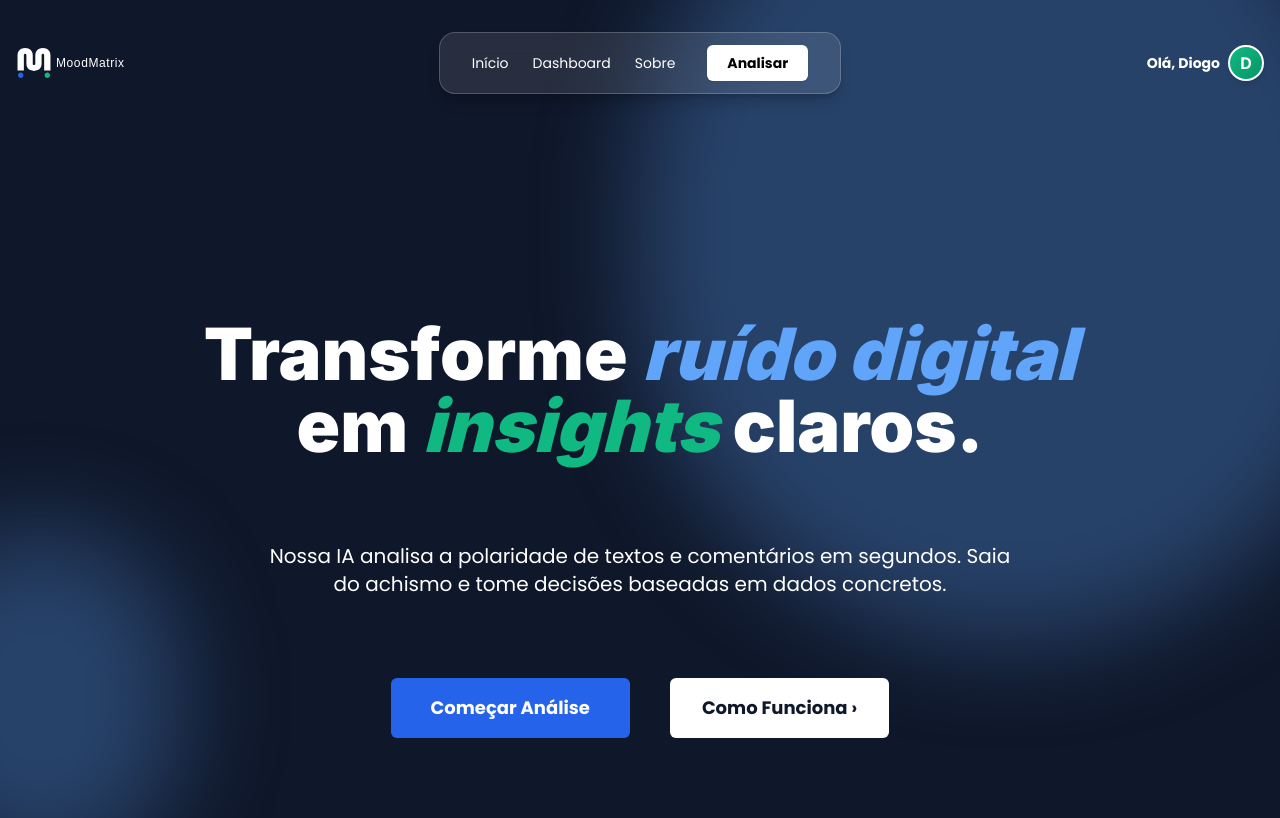
Repository: Hackaton-ONE/hackathon-Frontend
Page: /
These files come from the project's save history. The page is drawn as it stood at one moment and after a run of saves; the edit follows.
The browser window is 1280 px wide. The pictures show the whole page.
An inner scrolling area shows only its first screen. Some web fonts or font styles are not loaded; a fallback is used. The project was rebuilt for these pictures with package versions that can differ from the ones it lists, and the page was loaded fresh each time. The framework's server and built-in components were replaced by stand-ins that run in the browser. Also part of the build but not shown: next.config.ts.

Above is the page before, as saved 2026-01-02 11:29:42.

After the next 2 saves:
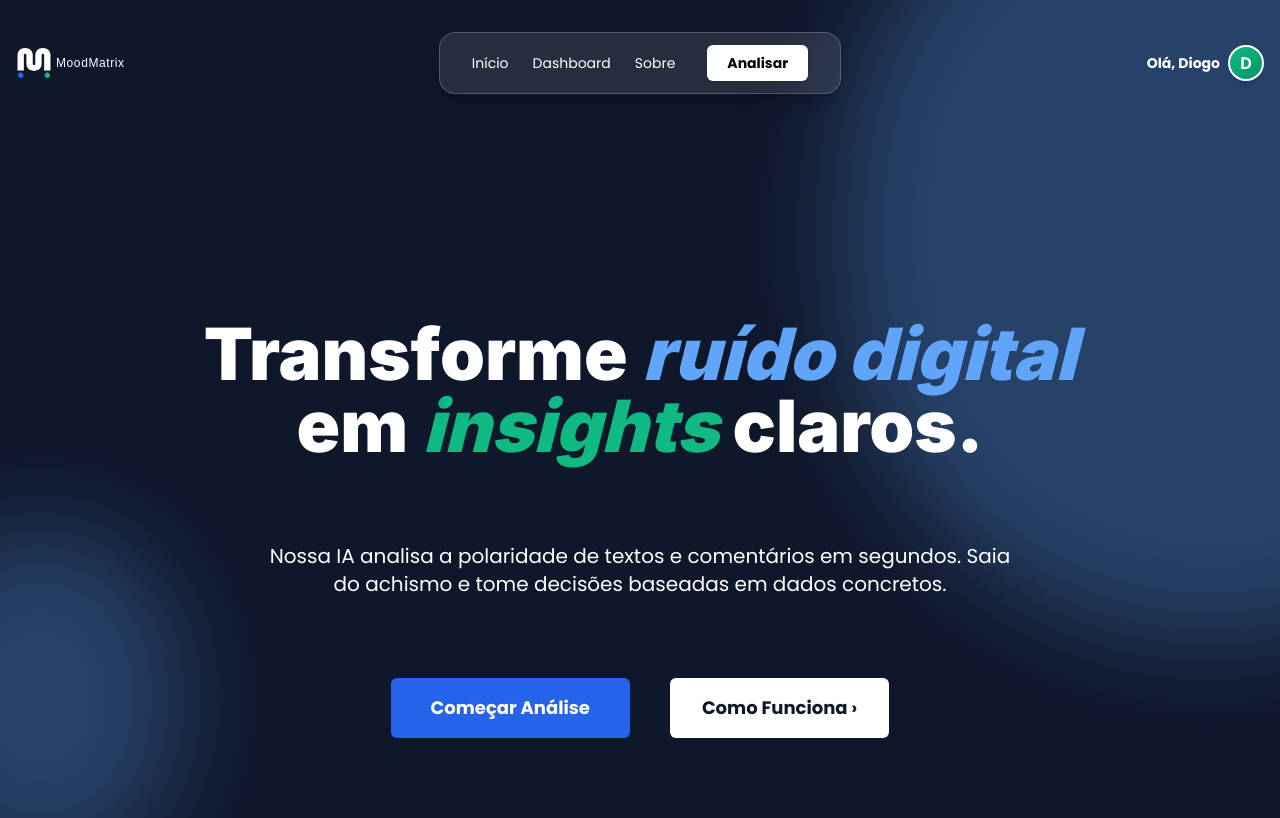
The 2 saves are shown as one change because they came seconds apart.
The last was saved 12 s later.
--- a/components/HeroSection.tsx
+++ b/components/HeroSection.tsx
@@ -19,7 +19,7 @@
         className="
           absolute
           top-[-300px]
-          right-[-100px] xl:right-[-100px] 2xl:right-[-300px] /* Ajuste fino para telas diferentes */
+          right-[-100px] xl:right-[-300px] /* Ajuste fino para telas diferentes */
           w-[743px]
           h-[817px]
           bg-blue-light/30

After the 3 saves that followed:
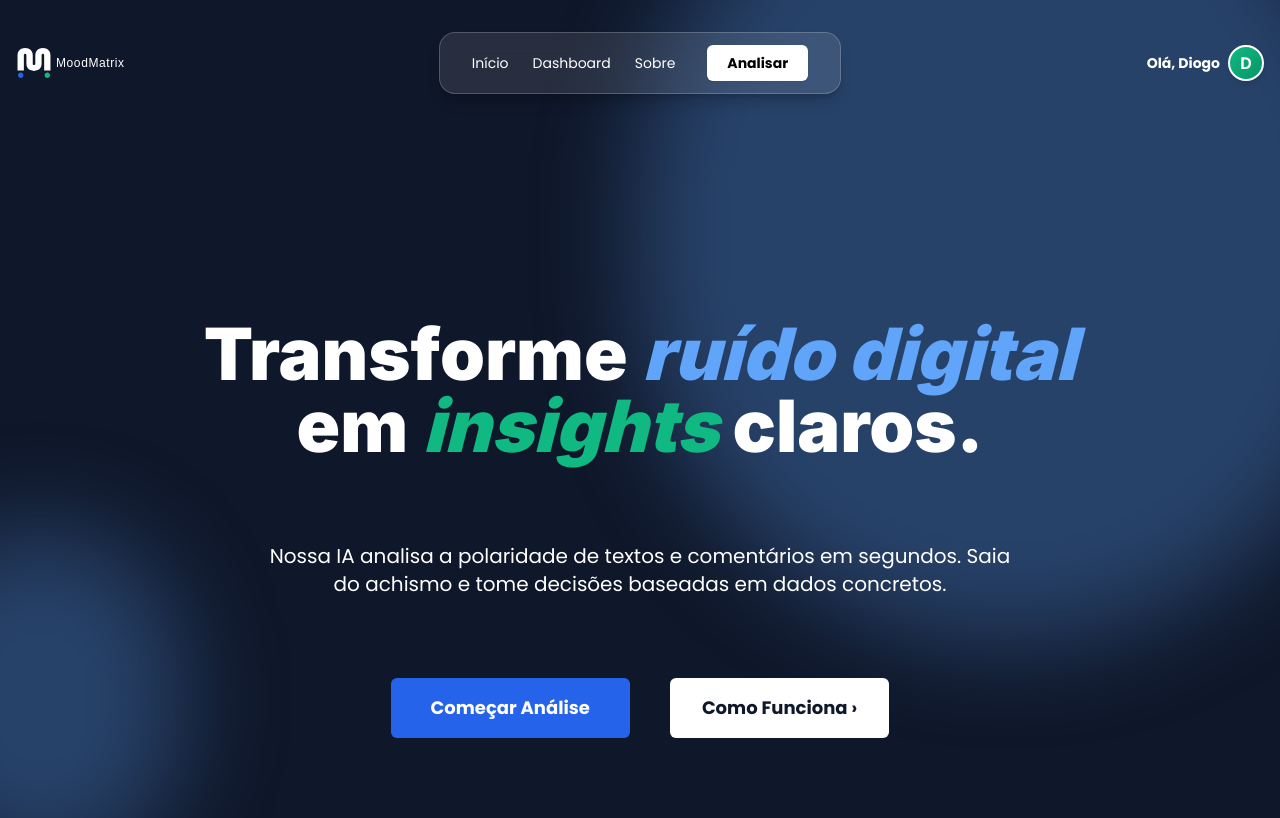
The 3 saves are shown as one change because 2 left the picture as it was.
The last was saved 25 s later.
--- a/components/HeroSection.tsx
+++ b/components/HeroSection.tsx
@@ -19,7 +19,7 @@
         className="
           absolute
           top-[-300px]
-          right-[-100px] xl:right-[-300px] /* Ajuste fino para telas diferentes */
+          right-[-100px]  l:right-[-300px] /* Ajuste fino para telas diferentes */
           w-[743px]
           h-[817px]
           bg-blue-light/30
